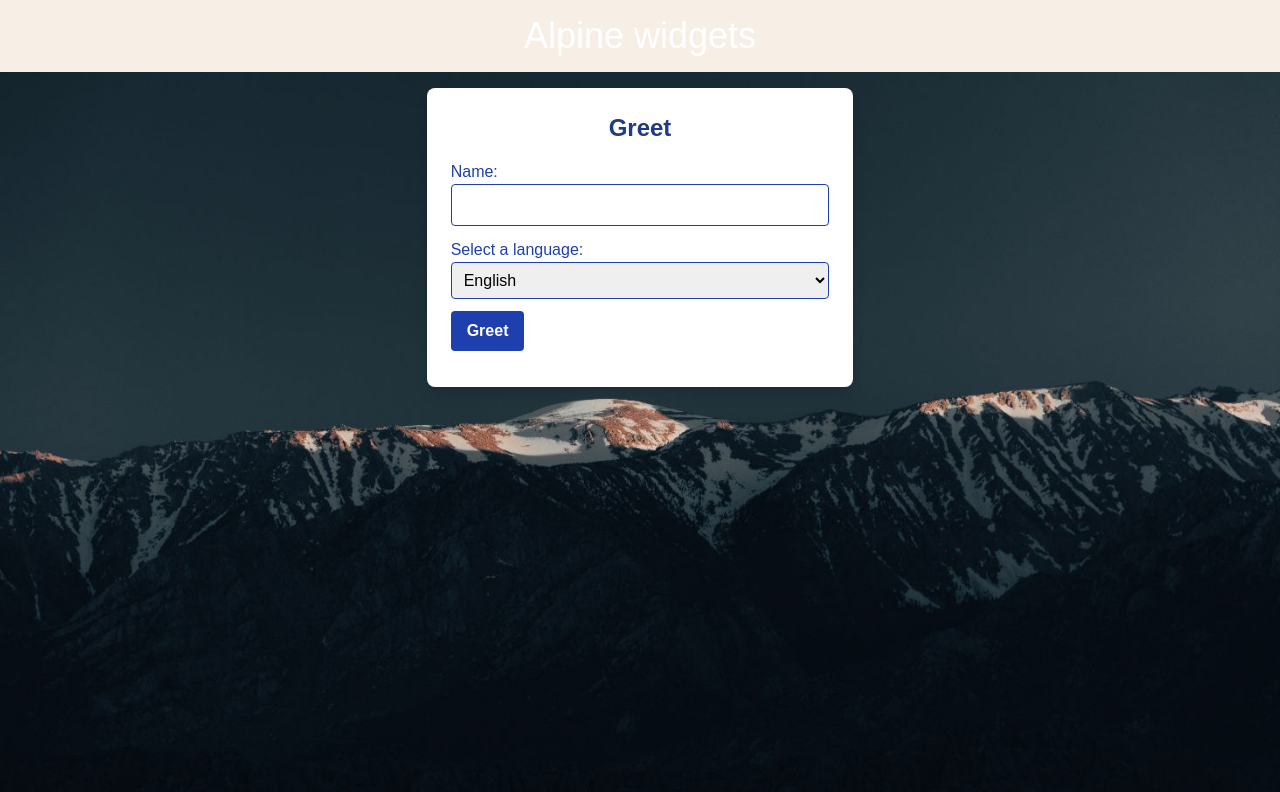
Repository: lasity34/alpine-bootcamp-widgets
Page: index.html
The author's editor kept a copy of each file at every save. The page is drawn from the files as they stood at one save, then again after the next save.
The browser window is 1280 px wide. The pictures show the whole page.
Some web fonts or font styles are not loaded; a fallback is used. Some web libraries are served in a nearby version.

Above is the page before, as saved 2023-07-12 11:43:57.

After the next save:
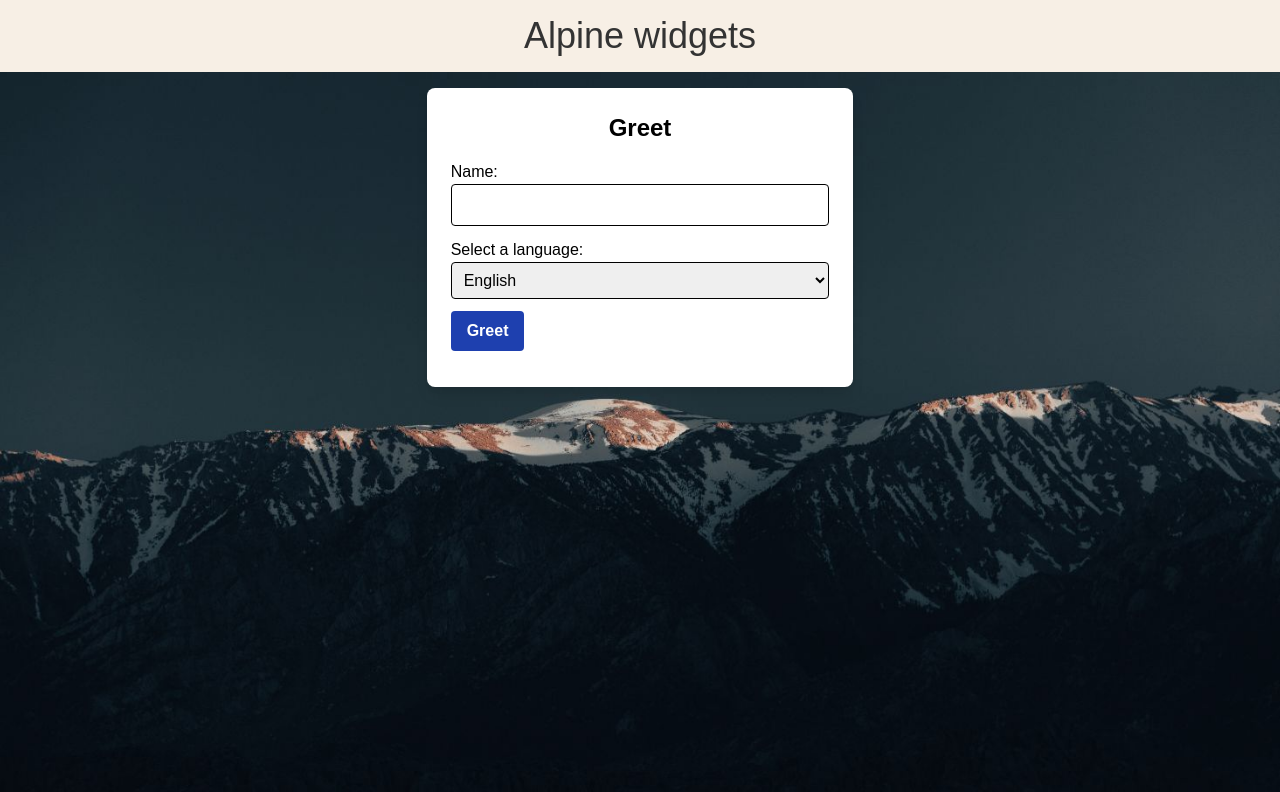
Saved 3 min 34 s later.
--- a/index.html
+++ b/index.html
@@ -18,25 +18,25 @@
     <link rel="stylesheet" href="./style.css" />
   </head>
   <body >
-    <h1 class="text-4xl text-center mt-4 pb-4 text-white">Alpine widgets</h1>
+    <h1 class="text-4xl text-center mt-4 pb-4 ">Alpine widgets</h1>
     <div class="widget_container flex justify-around items-start h-screen">
       <section
         class="w-1/3 bg-white rounded-lg shadow-lg p-6 m-4"
         x-data="greet"
       >
-        <h2 class="text-2xl text-center font-bold mb-4 text-blue-900">Greet</h2>
+        <h2 class="text-2xl text-center font-bold mb-4 ">Greet</h2>
         <div>
-          <label class="text-blue-800">Name:</label>
+          <label>Name:</label>
           <input
             type="text"
             x-model="name"
-            class="border border-blue-800 p-2 rounded w-full"
+            class="border border-black p-2 rounded w-full"
           />
 
-          <label class="mt-3 block text-blue-800">Select a language:</label>
+          <label class="mt-3 block ">Select a language:</label>
           <select
             x-model="language"
-            class="border border-blue-800 p-2 rounded w-full"
+            class="border border-black p-2 rounded w-full"
           >
             <option>English</option>
             <option>French</option>
